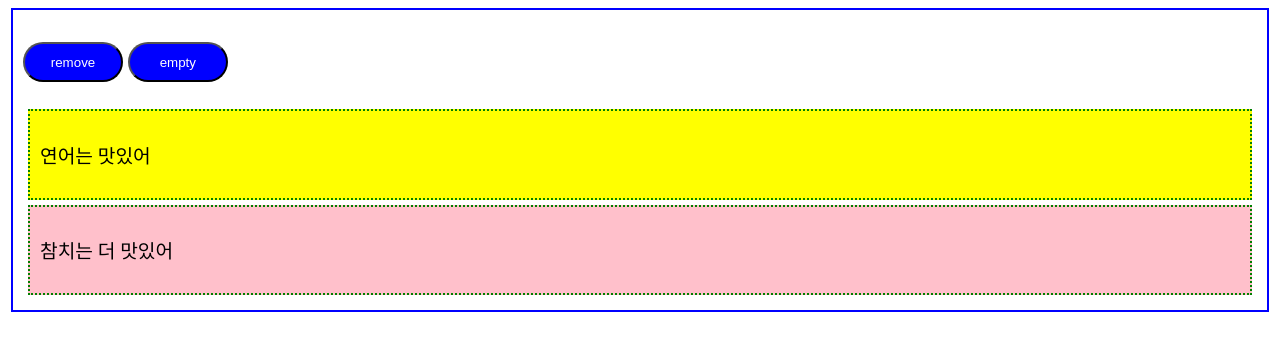
Repository: patternlobe-stack/MY_repository
Page: webpro/src/main/webapp/0916/삭제메소드.html
An editor plug-in stored every save of this project. The page is shown before and after the next save, followed by the edit.
The browser window is 1280 px wide. The pictures show the whole page.
After loading, the first visible `#remove` was clicked once.

Above is the page before, as saved 2025-09-16 06:20:49.

After the next save:
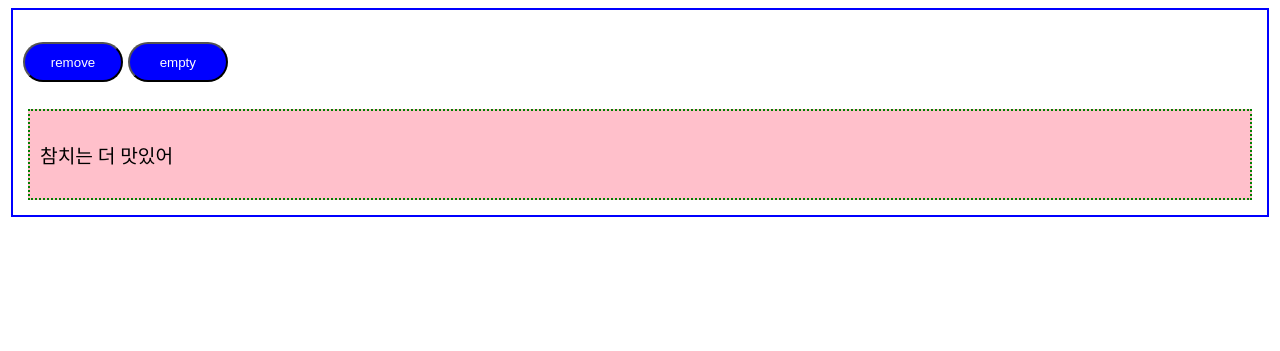
Saved 37 s later.
--- a/webpro/src/main/webapp/0916/삭제메소드.html
+++ b/webpro/src/main/webapp/0916/삭제메소드.html
@@ -19,7 +19,7 @@
 $(()=>{
 
 		$('#remove').on('click', ()=>{
-
+			$("#result1").remove();
 
 		})
 })
